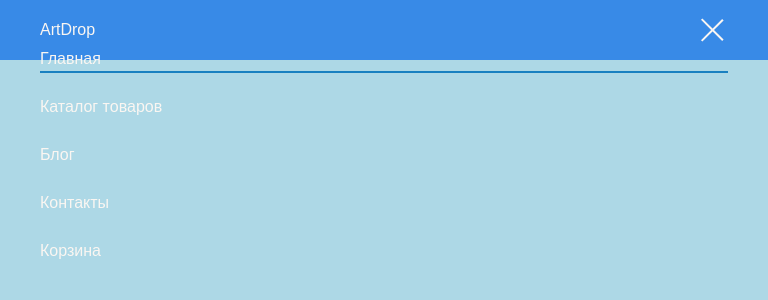
Repository: mnats725/art-drop
Page: index.html
These files come from the project's save history. The page is drawn as it stood at one moment and after the next save; the edit follows.
The browser window is 768 px wide. The pictures show the whole page.
After loading, the first visible `div.burger` was clicked once.

Above is the page before, as saved 2024-05-20 19:56:05.

After the next save:
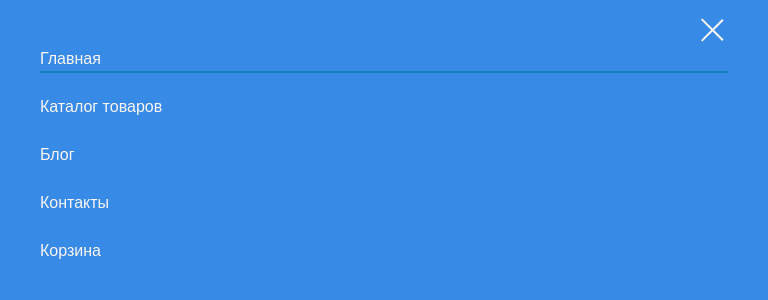
Saved 4 s later.
--- a/css/style.css
+++ b/css/style.css
@@ -144,7 +144,7 @@ body {
         z-index: 50;
         overflow-y: auto;
         padding: 50px 40px;
-        background-color: 388ae7;
+        background-color: #388ae7;
         animation: burgerAnimation 0.4s;
     }
 
